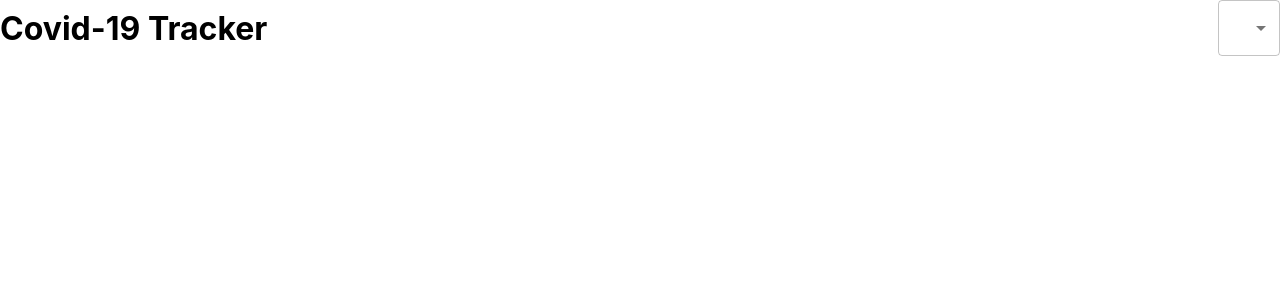
Repository: aashajo/covid-tracker-app-react
Page: /
These files come from the project's save history. The page is drawn as it stood at one moment and after the next save; the edit follows.
The browser window is 1280 px wide. The page is 1288 px wide, so the pictures cover 1288 px, including what lies to the right of the window. The pictures show the whole page.
The page's requests for data from a server got no answer. The project was rebuilt for these pictures with package versions that can differ from the ones it lists, and the page was loaded fresh each time. No one was signed in, and anything a server would have sent is missing.

Above is the page before, as saved 2020-08-25 17:48:32.

After the next save:
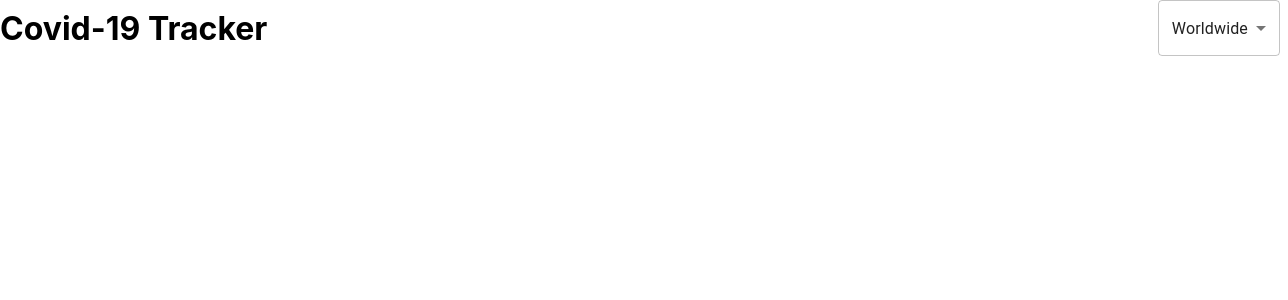
Saved 2 min 32 s later.
--- a/src/App.js
+++ b/src/App.js
@@ -1,44 +1,47 @@
-import React, {useState, useEffect} from 'react';
-import {MenuItem, FormControl, Select, Card, CardContent} from "@material-ui/core";
-import './App.css';
+import React, { useState, useEffect } from "react";
+import {
+  MenuItem,
+  FormControl,
+  Select,
+  Card,
+  CardContent,
+} from "@material-ui/core";
+import "./App.css";
 
 function App() {
-const [countries, setCountries] = useState([]); //State --> Variable declaration in React
-useEffect(() =>{                                     //useEffect --> Code inside useEffect will run once when the component loads and not againRuns a set of code based on given condition
-  const getCountriesData = async () => {                           //async - send a req, wait for it then do somthing
-    await fetch ("https://disease.sh/v3/covid-19/countries")
-    .then((response)=> response.json())
-    .then((data) => {
-      const countries = data.map((country)=>(
-        {
-          name: country.country, // United States, United Kingdom
-          value: country.countryInfo.iso2 // UK, USA, FR
-        }
-      ));
-
-      setCountries(countries)
-    })
-  }
-
-  getCountriesData();
-}, []);
+  const [countries, setCountries] = useState([]); //State --> Variable declaration in React
+  const [country, setCountry] = useState("worldwide");
+  useEffect(() => {
+    //useEffect --> Code inside useEffect will run once when the component loads and not againRuns a set of code based on given condition
+    const getCountriesData = async () => {
+      //async - send a req, wait for it then do somthing
+      await fetch("https://disease.sh/v3/covid-19/countries")
+        .then((response) => response.json())
+        .then((data) => {
+          const countries = data.map((country) => ({
+            name: country.country, // United States, United Kingdom
+            value: country.countryInfo.iso2, // UK, USA, FR
+          }));
+          setCountries(countries);
+        });
+    };
+    getCountriesData();
+  }, []);
 
   return (
     <div className="app">
       <div className="app_header">
-      <h1> Covid-19 Tracker </h1>
+        <h1> Covid-19 Tracker </h1>
 
-      <FormControl className="app_dropdown">
-        <Select variant="outlined" value="abc">
-          <MenuItem value="worldwide">Worldwide</MenuItem>
-          {/* Loop thru countries for dropdown */}
-          {
-            countries.map(country => (
-            <MenuItem value={country.value}>{country.name}</MenuItem>
-            ))
-          }
-        </Select>
-      </FormControl>
+        <FormControl className="app_dropdown">
+          <Select variant="outlined" value={country}>
+            <MenuItem value="worldwide">Worldwide</MenuItem>
+            {/* Loop thru countries for dropdown */}
+            {countries.map((country) => (
+              <MenuItem value={country.value}>{country.name}</MenuItem>
+            ))}
+          </Select>
+        </FormControl>
       </div>
 
       {/* Header - Title and Input */}
